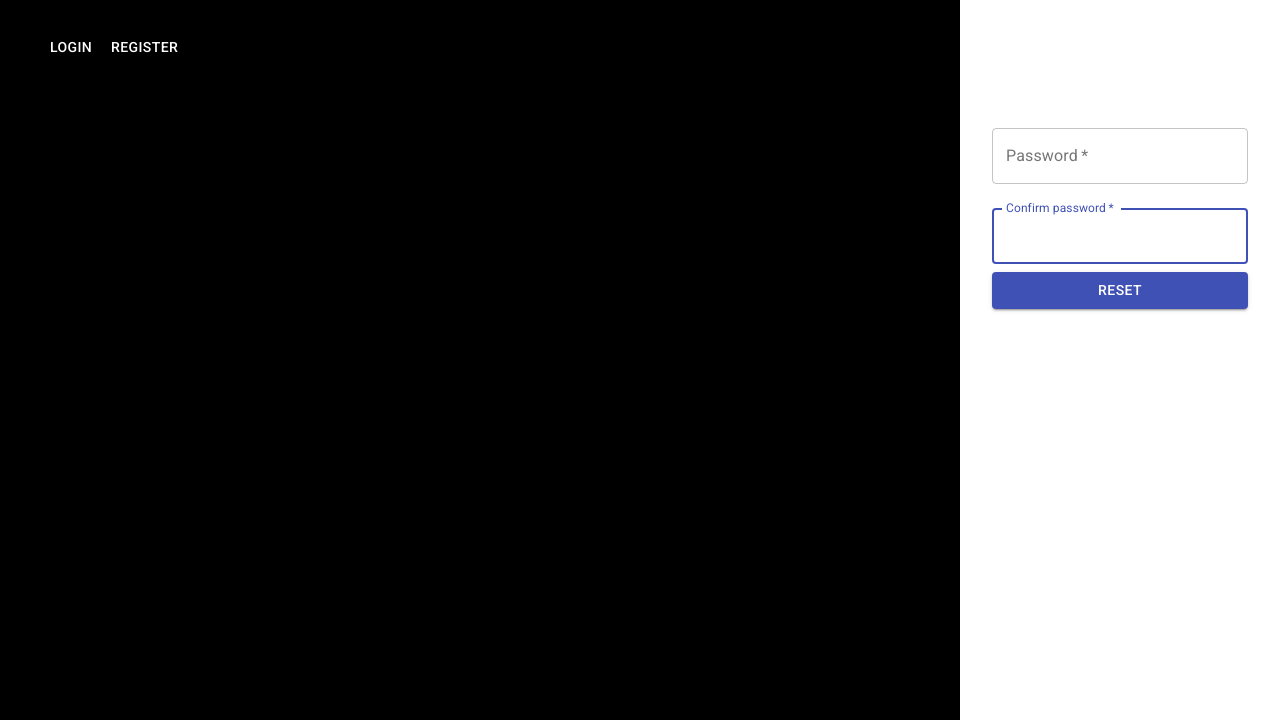
Repository: claudiuotea/FrontendAugmentator
Page: /resetpass
These files come from the project's save history. The page is drawn as it stood at one moment and after the next save; the edit follows.
The browser window is 1280 px wide. The pictures show the whole page.
The project was rebuilt for these pictures with package versions that can differ from the ones it lists, and the page was loaded fresh each time. Also part of the build but not shown: src/Components/Login.tsx, src/Components/Register.tsx, src/Components/ForgotPassword.tsx, src/Components/VerifyAccount.tsx.

Above is the page before, as saved 2021-05-11 19:59:12.

### public/index.html
<!DOCTYPE html>
<html lang="en">
  <head>
    <meta charset="utf-8" />
    <link rel="icon" href="%PUBLIC_URL%/favicon.ico" />
    <meta name="viewport" content="width=device-width, initial-scale=1" />
    <link rel="stylesheet" href="https://fonts.googleapis.com/css?family=Roboto:300,400,500,700&display=swap" />
    <link rel="stylesheet" href="https://fonts.googleapis.com/icon?family=Material+Icons" />
    <meta name="theme-color" content="#000000" />
    <meta
      name="description"
      content="Web site created using create-react-app"
    />
    <link rel="apple-touch-icon" href="%PUBLIC_URL%/logo192.png" />
    <!--
      manifest.json provides metadata used when your web app is installed on a
      user's mobile device or desktop. See https://developers.google.com/web/fundamentals/web-app-manifest/
    -->
    <link rel="manifest" href="%PUBLIC_URL%/manifest.json" />
    <!--
      Notice the use of %PUBLIC_URL% in the tags above.
      It will be replaced with the URL of the `public` folder during the build.
      Only files inside the `public` folder can be referenced from the HTML.

      Unlike "/favicon.ico" or "favicon.ico", "%PUBLIC_URL%/favicon.ico" will
      work correctly both with client-side routing and a non-root public URL.
      Learn how to configure a non-root public URL by running `npm run build`.
    -->
    <title>React App</title>
  </head>
  <body>
    <noscript>You need to enable JavaScript to run this app.</noscript>
    <div id="root"></div>
    <!--
      This HTML file is a template.
      If you open it directly in the browser, you will see an empty page.

      You can add webfonts, meta tags, or analytics to this file.
      The build step will place the bundled scripts into the <body> tag.

      To begin the development, run `npm start` or `yarn start`.
      To create a production bundle, use `npm run build` or `yarn build`.
    -->
  </body>
</html>

### src/App.tsx
import './App.css';
import { AppRoutes } from './Routes/AppRoutes';

function App() {
  return (
    <AppRoutes/>
  );
}

export default App;

### src/App.css
*{
  margin:0;
  padding:0;
}

.App {
  text-align: center;
}

.App-logo {
  height: 40vmin;
  pointer-events: none;
}

@media (prefers-reduced-motion: no-preference) {
  .App-logo {
    animation: App-logo-spin infinite 20s linear;
  }
}

.App-header {
  background-color: #282c34;
  min-height: 100vh;
  display: flex;
  flex-direction: column;
  align-items: center;
  justify-content: center;
  font-size: calc(10px + 2vmin);
  color: white;
}

.App-link {
  color: #61dafb;
}

@keyframes App-logo-spin {
  from {
    transform: rotate(0deg);
  }
  to {
    transform: rotate(360deg);
  }
}

.navbar_button{
  font-family: 'Montserrat';
  font-size: 40px;
}

### src/Routes/AppRoutes.tsx
import React from "react";
import { Suspense } from "react";
import { Login } from "../Components/Login";
import { BrowserRouter as Router, Switch, Route } from "react-router-dom";
import { Register } from "../Components/Register";
import { ForgotPassword } from "../Components/ForgotPassword";
import { ResetPassword } from "../Components/ResetPassword";
import { VerifyAccount } from "../Components/VerifyAccount";
import { NavbarNotLogged } from "../Components/NavbarNotLoggedIn";

export const AppRoutes: React.FunctionComponent<{}> = () => {
  return (
    <Router>
      <NavbarNotLogged/>
      <Suspense fallback={<div>Loading...</div>}>
        <Switch>
          <Route path="/account">
            <div>
              da
            </div>
          </Route>
          <Route path="/login">
            <Login />
          </Route>
          <Route path="/register">
            <Register />
          </Route>
          <Route path="/forgotpass">
             <ForgotPassword/>
          </Route>
          <Route path="/resetpass">
             <ResetPassword/>
          </Route>
          <Route path="/verifyaccount">
             <VerifyAccount/>
          </Route>
        </Switch>
      </Suspense>
    </Router>
  );
};

### src/Components/ResetPassword.tsx
import { Button, Grid, makeStyles, TextField } from "@material-ui/core";
import React, { useState} from "react";
import AccountService from "../Services/AccountService";
import {useLocation} from "react-router-dom"
import queryString from 'query-string'
import { ResetPasswordInterface } from "../Models/Interfaces";

//Creez un obiect CSS
const useStyles = makeStyles((theme) => ({
  root: {
    flexGrow: 1,
  },
  //100% inaltimea paginii
  gridItem: {
    height: "100vh",
  },
  //adauga niste spatiu si centreaza-le
  form: {
    margin: theme.spacing(4),
    verticalAlign: "middle",
    marginTop: "35%",
  },
}));


export const ResetPassword: React.FunctionComponent<any> = () => {
  //instantiez obiectul de css
  const classes = useStyles();
  //field-urile pt parola noua
  const [password, setPassword] = useState("");
  const [confirmPassword, setConfirmPassword] = useState("");
  //query string-ul din care iau datele (token-ul pt reset si public_id-ul lui)
  const {search} = useLocation();
  //parsez query string-ul ca sa obtin datele
  const {id, token} = queryString.parse(search)

  const onSubmit = async (event: any) => {
    if (password === confirmPassword) {
       //verificam daca parolele sunt identice si salvam datele pentru a le trimite la server
      const data: ResetPasswordInterface = {
        confirmPassword:confirmPassword,
        password: password,
        token:Array.isArray(token)?token[0]:token!,
        public_id:Array.isArray(id)?id[0]:id!
      };

      //trimite request la server
      AccountService.resetPassword(data)
        .then((resp) => {
          console.log(resp);
        })
        .catch((err) => {
          console.log(err);
        });
    }
    else{
       //MESSAGEBOX
       console.log("NU UITA MESSAGEBOX CA NU II BUNA PAROLA")
    }
  };
  return (
    //impart ecranul in 2 coloane
    <div className={classes.root + classes.gridItem}>
      <Grid container className={classes.gridItem}>
        <Grid item xs={12} sm={9} style={{ backgroundColor: "black" }}></Grid>
        <Grid item xs={12} sm={3}>
          <div className={classes.form}>
            <TextField
              variant="outlined"
              margin="normal"
              fullWidth
              required
              label="Password"
              name="password"
              value={password}
              autoFocus
              type="password"
              onChange={(e) => {
                setPassword(e.target.value);
              }}
            />
            <TextField
              variant="outlined"
              margin="normal"
              fullWidth
              required
              label="Confirm password"
              name="confirmPassword"
              value={confirmPassword}
              autoFocus
              type="password"
              onChange={(e) => {
                setConfirmPassword(e.target.value);
              }}
            />
            <Button
              fullWidth
              type="submit"
              variant="contained"
              color="primary"
              onClick={onSubmit}
            >
              Reset
            </Button>
          </div>
        </Grid>
      </Grid>
    </div>
  );
};

### src/Components/NavbarNotLoggedIn.tsx
import React from 'react';
import { makeStyles } from '@material-ui/core/styles';
import AppBar from '@material-ui/core/AppBar';
import Toolbar from '@material-ui/core/Toolbar';
import Typography from '@material-ui/core/Typography';
import Button from '@material-ui/core/Button';
import IconButton from '@material-ui/core/IconButton';
import MenuIcon from '@material-ui/icons/Menu';

const useStyles = makeStyles((theme) => ({
   root: {
     flexGrow: 1,
   },
   menuButton: {
     fontSize:24,
     marginLeft: 15,
     marginRight: 15
   },
   title: {
     flexGrow: 1,
   },
   appBar:{

      padding:15,
      backgroundColor: "transparent",
      boxShadow: "none"
   }
 }));

export const NavbarNotLogged: React.FunctionComponent<{}> = () => {
   //incarca CSS-ul
   const classes = useStyles();

   return (
    <AppBar position="fixed" className={classes.appBar}>
      <Toolbar>
        <Button color="inherit" className={classes.menuButton + "text"}>Login</Button>
        <Button color="inherit" className={classes.menuButton + "text"}>Register</Button>
      </Toolbar>
    </AppBar>
  );
};

### src/Services/AccountService.ts
import axios from "axios"
import { ForgotPasswordInterface, LoginInterface, RegisterInterface, ResetPasswordInterface, VerfiyAccountInterface } from "../Models/Interfaces"


export default class AccountService{
   private static readonly BASE_URL: string = "http://127.0.0.1:5000"

   static login = (data: LoginInterface) : Promise<any> =>{
      return axios.get(`${AccountService.BASE_URL}/login`, {
         auth: data
   })}

   static register = (data:RegisterInterface) : Promise<any> =>{
      return axios.post(`${AccountService.BASE_URL}/register`,data)
   }

   static forgotPassword = (data:ForgotPasswordInterface) : Promise<any> =>{
      return axios.post(`${AccountService.BASE_URL}/forgotpass`,data)
   }

   static resetPassword = (data:ResetPasswordInterface) : Promise<any> =>{
      //console.log(data)
      return axios.post(`${AccountService.BASE_URL}/resetpass`,data)
   }

   static verifyAccount = (data:VerfiyAccountInterface) : Promise<any> =>{
      return axios.post(`${AccountService.BASE_URL}/verifyaccount`,data)
   }

}

Loaded but not shown: src/index.tsx (common file); src/index.css (common file); src/reportWebVitals.ts (common file)

After the next save:
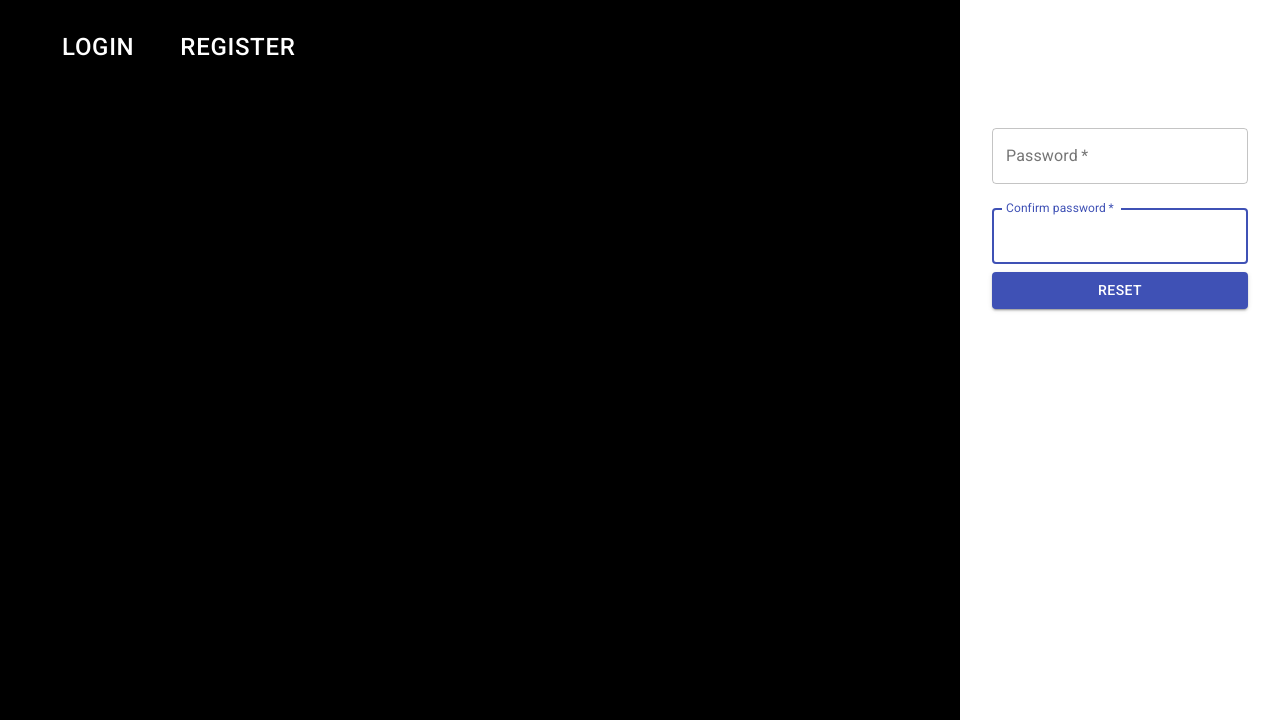
Saved 94 s later.
--- a/src/Components/NavbarNotLoggedIn.tsx
+++ b/src/Components/NavbarNotLoggedIn.tsx
@@ -34,8 +34,8 @@ export const NavbarNotLogged: React.FunctionComponent<{}> = () => {
    return (
     <AppBar position="fixed" className={classes.appBar}>
       <Toolbar>
-        <Button color="inherit" className={classes.menuButton + "text"}>Login</Button>
-        <Button color="inherit" className={classes.menuButton + "text"}>Register</Button>
+        <Button color="inherit" className={classes.menuButton}>Login</Button>
+        <Button color="inherit" className={classes.menuButton}>Register</Button>
       </Toolbar>
     </AppBar>
   );
